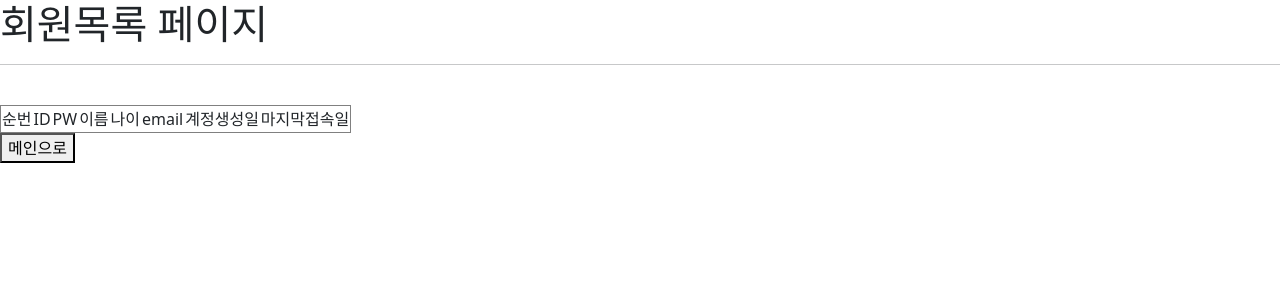
Repository: yangone8249/jsp_project
Page: http://localhost/yang_project/member/MemberList.jsp
The author's editor kept a copy of each file at every save. The page is drawn from the files as they stood at one save, then again after the next save.
The browser window is 1280 px wide. The pictures show the whole page.
The page is served by Tomcat 9. Other server files are loaded and not shown.

Above is the page before, as saved 2023-06-01 01:51:50.

### yang_project/yang_project/src/main/webapp/member/MemberList.jsp
<%@ page language="java" contentType="text/html; charset=UTF-8"
    pageEncoding="UTF-8"%>
<%@ taglib uri="http://java.sun.com/jsp/jstl/core" prefix="c" %>
<!DOCTYPE html>
<html>
<head>
<meta charset="UTF-8">
<title>회원목록</title>
<link href="https://cdn.jsdelivr.net/npm/bootstrap@5.2.3/dist/css/bootstrap.min.css" rel="stylesheet" integrity="sha384-rbsA2VBKQhggwzxH7pPCaAqO46MgnOM80zW1RWuH61DGLwZJEdK2Kadq2F9CUG65" crossorigin="anonymous">
<script src="https://cdn.jsdelivr.net/npm/bootstrap@5.2.3/dist/js/bootstrap.bundle.min.js" integrity="sha384-kenU1KFdBIe4zVF0s0G1M5b4hcpxyD9F7jL+jjXkk+Q2h455rYXK/7HAuoJl+0I4" crossorigin="anonymous"></script>

</head>
<body>
		<h1>회원목록 페이지</h1>
		<hr><br>
		<table border="1">
			<tr>
				<td>순번</td>
				<td>ID</td>
				<td>PW</td>
				<td>이름</td>
				<td>나이</td>
				<td>email</td>
				<td>계정생성일</td>
				<td>마지막접속일</td>
			</tr>
			<c:forEach items="${list }" var="list" varStatus="i">
				<tr>
					<td>${i.count }</td>
					<td>${list.id }</td>
					<td>${list.password }</td>
					<td>${list.name }</td>
					<td>${list.age }</td>
					<td>${list.email }</td>
					<td>${list.regdate }</td>
					<td>${list.lastlogin }</td>
				</tr>
			</c:forEach>
		</table>
		<a href="/"><button type="button">메인으로</button></a>
</body>
</html>

After the next save:
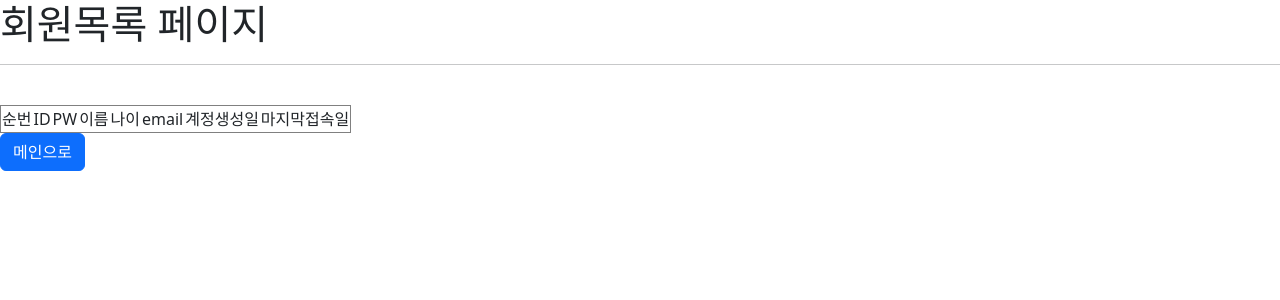
Saved 4 s later.
--- a/yang_project/yang_project/src/main/webapp/member/MemberList.jsp
+++ b/yang_project/yang_project/src/main/webapp/member/MemberList.jsp
@@ -37,6 +37,6 @@
 				</tr>
 			</c:forEach>
 		</table>
-		<a href="/"><button type="button">메인으로</button></a>
+		<a href="/"><button type="button" class="btn btn-primary">메인으로</button></a>
 </body>
 </html>
